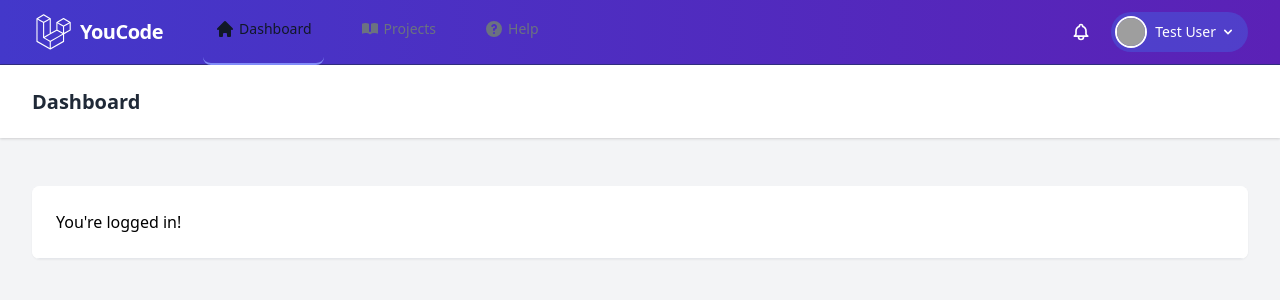
Repository: mohamedm999/Plateforme-de-Tests-d-Acceptation---YouCode-
Page: http://localhost/dashboard
The author's editor kept a copy of each file at every save. The page is drawn from the files as they stood at one save, then again after the next save.
The browser window is 1280 px wide. The pictures show the whole page.
Pictures or frames that could not be fetched are drawn as grey boxes. The page is served by the project's Laravel application, run on PHP 8.4 with Laravel 8. A made-up administrator, Test User (test@example.com), is signed in.

Above is the page before, as saved 2025-02-26 15:32:35.

After the next save:
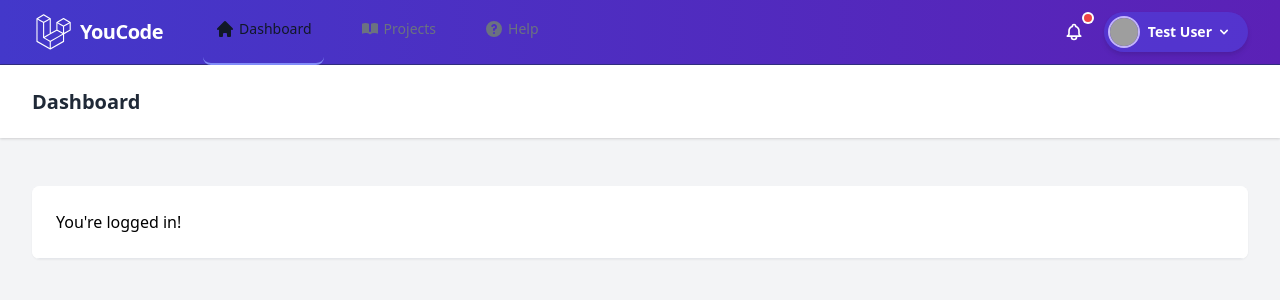
Saved 8 s later.
--- a/projet-evaluation/resources/views/layouts/navigation.blade.php
+++ b/projet-evaluation/resources/views/layouts/navigation.blade.php
@@ -44,15 +44,14 @@
                     <svg class="h-5 w-5" xmlns="http://www.w3.org/2000/svg" fill="none" viewBox="0 0 24 24" stroke="currentColor" aria-hidden="true">
                         <path stroke-linecap="round" stroke-linejoin="round" stroke-width="2" d="M15 17h5l-1.405-1.405A2.032 2.032 0 0118 14.158V11a6.002 6.002 0 00-4-5.659V5a2 2 0 10-4 0v.341C7.67 6.165 6 8.388 6 11v3.159c0 .538-.214 1.055-.595 1.436L4 17h5m6 0v1a3 3 0 11-6 0v-1m6 0H9" />
                     </svg>
-                        <path stroke-linecap="round" stroke-linejoin="round" stroke-width="2" d="M15 17h5l-1.405-1.405A2.032 2.032 0 0118 14.158V11a6.002 6.002 0 00-4-5.659V5a2 2 0 10-4 0v.341C7.67 6.165 6 8.388 6 11v3.159c0 .538-.214 1.055-.595 1.436L4 17h5m6 0v1a3 3 0 11-6 0v-1m6 0H9" />
-                    </svg>
+                    <span class="absolute top-0 right-0 h-2 w-2 bg-red-500 rounded-full ring-2 ring-white"></span>
                 </button>
 
-                <x-dropdown align="right" width="48">
+                <x-dropdown align="right" width="64">
                     <x-slot name="trigger">
-                        <button class="flex items-center text-sm font-medium text-white hover:text-blue-100 focus:outline-none transition duration-150 ease-in-out bg-blue-500 bg-opacity-30 rounded-full p-1 pr-3 hover:bg-opacity-50">
-                            <img class="h-8 w-8 rounded-full object-cover border-2 border-white mr-2" src="https://ui-avatars.com/api/?name={{ urlencode(Auth::user()->name) }}&color=7F9CF5&background=EBF4FF" alt="{{ Auth::user()->name }}">
-                            <div>{{ Auth::user()->name }}</div>
+                        <button class="flex items-center text-sm font-medium text-white hover:text-indigo-100 focus:outline-none transition duration-150 ease-in-out bg-indigo-600 bg-opacity-50 rounded-full p-1 pr-4 hover:bg-opacity-70 shadow-md">
+                            <img class="h-8 w-8 rounded-full object-cover border-2 border-purple-300 mr-2" src="https://ui-avatars.com/api/?name={{ urlencode(Auth::user()->name) }}&color=7F9CF5&background=EBF4FF" alt="{{ Auth::user()->name }}">
+                            <div class="font-semibold">{{ Auth::user()->name }}</div>
 
                             <div class="ml-1">
                                 <svg class="fill-current h-4 w-4" xmlns="http://www.w3.org/2000/svg" viewBox="0 0 20 20">
@@ -63,6 +62,7 @@
                     </x-slot>
 
                     <x-slot name="content">
+                        <!-- User Profile -->
                         <!-- User Profile -->
                         <div class="px-4 py-2 border-b border-gray-100">
                             <p class="text-sm font-medium text-gray-400">Signed in as</p>
